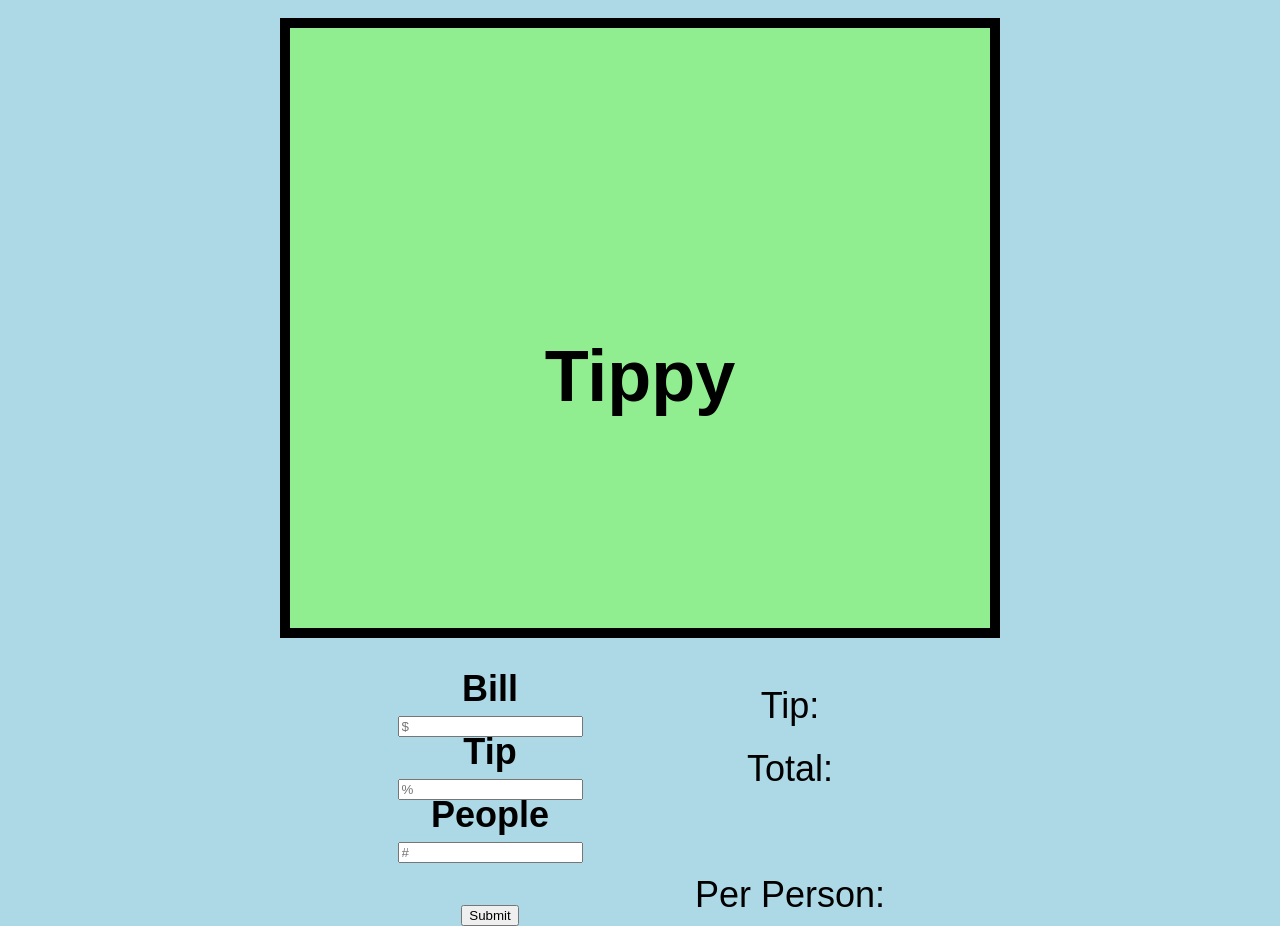
Repository: SamirIngley/Tip-Calculator
Page: tip_display.html
These files come from the project's save history. The page is drawn as it stood at one moment and after the next save; the edit follows.
The browser window is 1280 px wide. The pictures show the whole page.

Above is the page before, as saved 2020-02-13 11:11:03.

### tip_display.html
<!DOCTYPE html>
<html lang="en">
<head>
    <meta charset="UTF-8">
    <meta name="viewport" content="width=device-width, initial-scale=1.0">
    <meta http-equiv="X-UA-Compatible" content="ie=edge">
    <link href="style.css" rel="stylesheet">
    <title>Tip Calculator</title>
</head>
<body>

    <form id='form' class='form'>
        <div class='title'>
            <h1>Tippy</h1>
        </div>
        <div class='bill'>
            <label>Bill</label><br>
            <input id='bill' type="number" name="bill" placeholder="$">
        </div>
        <div class='tip'>
            <label>Tip</label><br>
            <input id='tip' type="number" name="tip" placeholder="%">
        </div>
        <div class='numppl'>
            <label>People</label><br>
            <input id='numppl' type="number" name="numppl" placeholder="#">
        </div>
        <div class='submit'><br>
            <input type="submit" name="submit" value="Submit">
        </div>


        <div id='total-display' class="total-disp">
            Total:
        </div>

        <div id='tip-display' class="tip-disp">
            Tip:
        </div>

        <div id='total-pp-display' class="pp-disp">
            Per Person:
        </div>

    </form>

</body>



    <script>

        const inputBill = document.getElementById('bill')
        const inputTip = document.getElementById('tip')
        const inputNumppl = document.getElementById('numppl')
        const form = document.getElementById('form')
        const displayTip = document.getElementById('tip-display')
        const displayTotal = document.getElementById('total-display')
        const displayTotalPP = document.getElementById('total-pp-display')


        function calculateTip() {

            const bill = parseInt(inputBill.value)
            const people = inputNumppl.value
            const percent = inputTip.value
            const tip = bill * percent / 100
            const total = bill + tip
            const totalPP = total / people
            console.log(bill)
            console.log(percent)
            console.log(total)
            console.log(tip)
            console.log(people)
            console.log(totalPP)

            displayTotal.innerHTML = `Total: $${total.toFixed(2)}`
            displayTip.innerHTML = `Tip: $${tip.toFixed(2)}`
            displayTotalPP.innerHTML = `Per Person: $${totalPP.toFixed(2)}`
        }



        form.addEventListener("submit", function(e) {
            e.preventDefault()
            calculateTip()
        })

        // inputBill.addEventListnener('change', function(e) {
        //     console.log(inputBill.value)
        //     const newBillAMount = parseFloat(e.target.value)

        // })

    </script>



</body>
</html>

### style.css
body {
    background-color: lightblue;
    justify-content: center;
    align-items: center;
    /* margin: 100px; */
    /* padding: 100px; */
    display: flex;
}

.form {
    background-color: lightgreen;
    display: grid;
    grid-template-columns: 300px 300px;
    grid-template-rows: repeat(5, 1fr);
    grid-template-areas: "h h"
                         "b d"
                         "t y"
                         "n ."
                         "s p"

}


.form {
    font-family: Arial, Helvetica, sans-serif;
    font-size: 36px;
    font-weight: 2000;
    justify-content: center;
    align-items: center;
    text-align: center;
    height: 500px;
    line-height: 30px;
    margin: 10px;
    padding: 50px;
    border-style: solid;
    border-width: 10px;
    border-color: black;
}

.title {
    grid-area: h;
    line-height: 500px;
}

.bill {
    grid-area: b;
    font-weight: bold;
}

.tip {
    grid-area: t;
    font-weight: bold;
}

.numppl {
    grid-area: n;
    font-weight: bold;
}

.submit {
    grid-area: s;
}


.tip-disp {
    grid-area: d;
}

.total-disp {
    grid-area: y
}

.pp-disp {
    grid-area: p
}

After the next save:
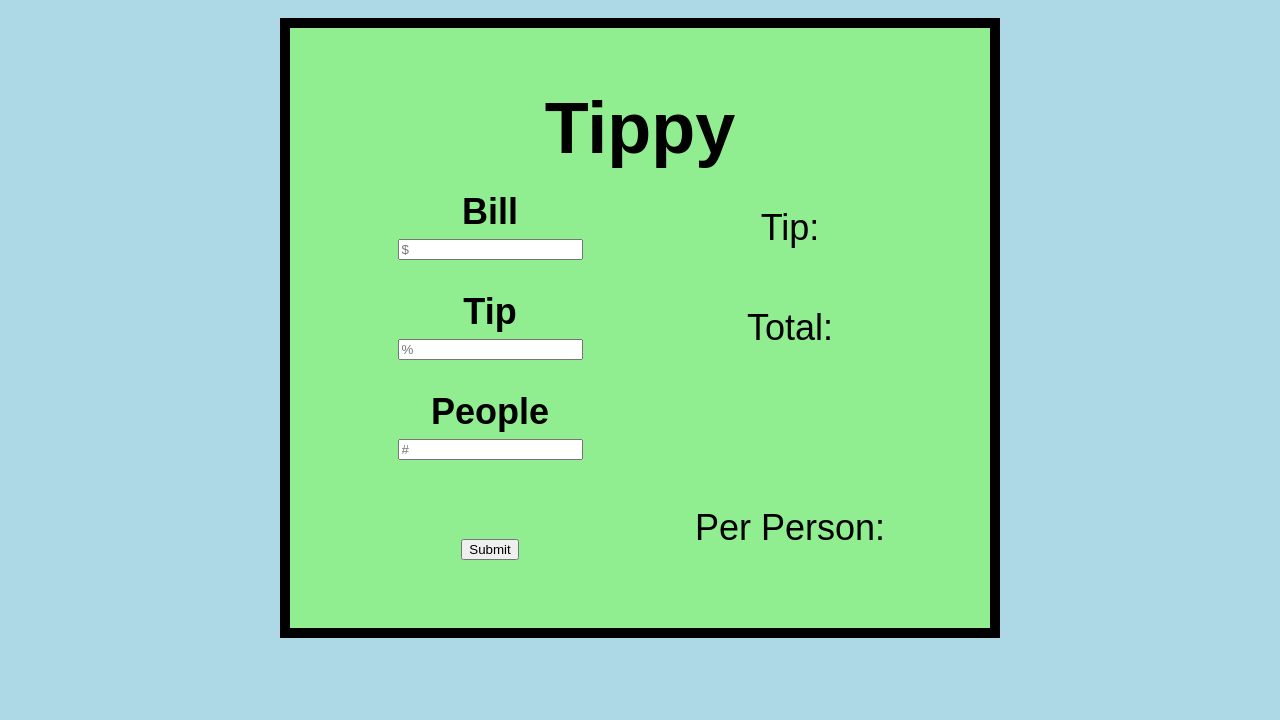
Saved 7 s later.
--- a/style.css
+++ b/style.css
@@ -39,7 +39,7 @@ body {
 
 .title {
     grid-area: h;
-    line-height: 500px;
+    line-height: 0px;
 }
 
 .bill {
